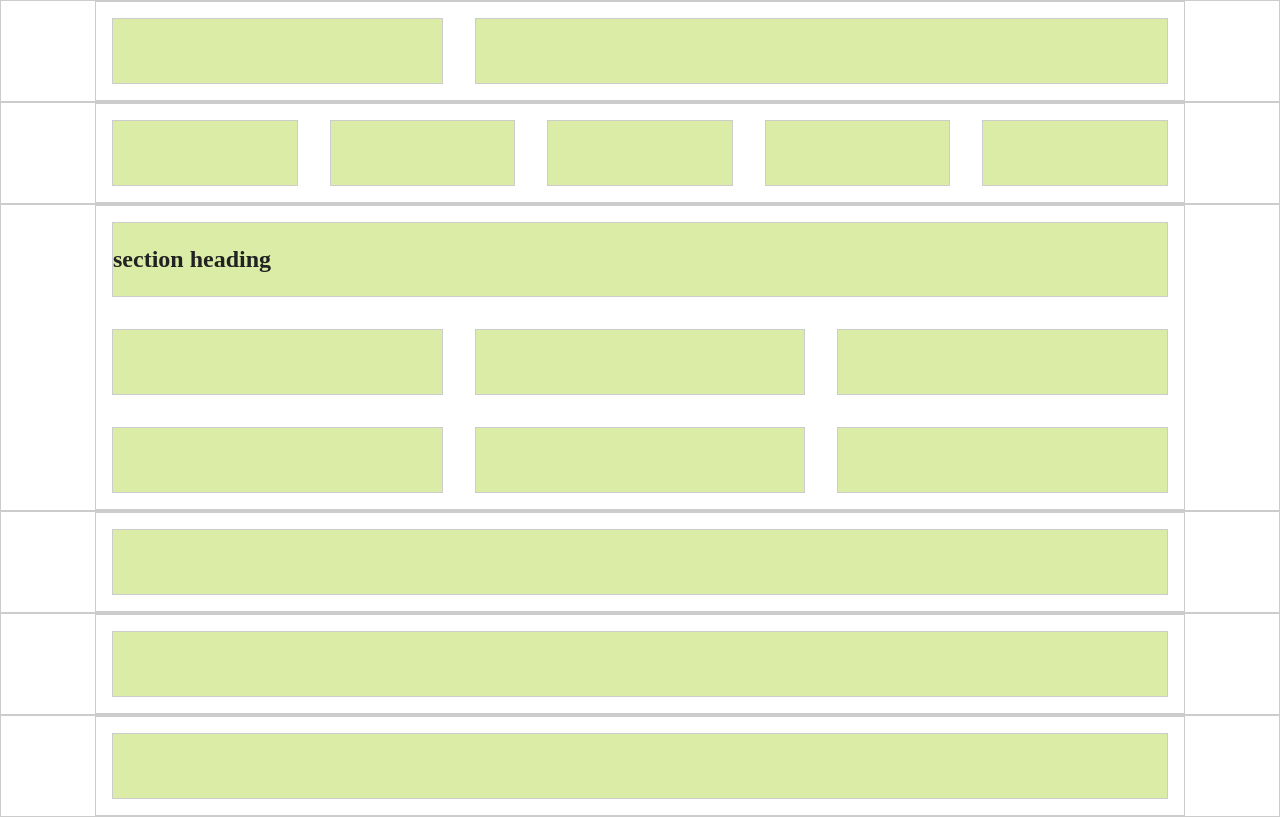
Repository: AlexBCIT/metrolicspractice
Page: index.html
These files come from the project's save history. The page is drawn as it stood at one moment and after the next save; the edit follows.
The browser window is 1280 px wide. The pictures show the whole page.

Above is the page before, as saved 2021-01-29 10:35:02.

After the next save:
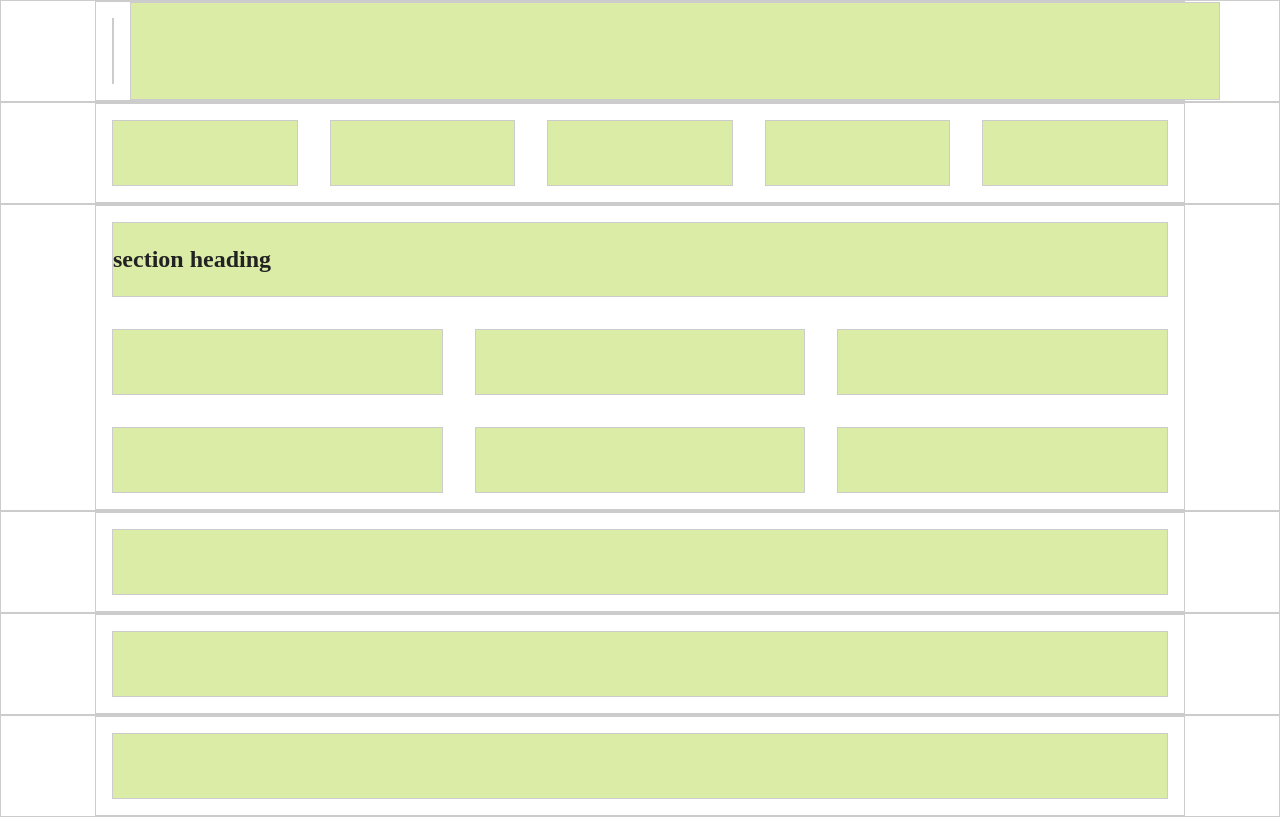
Saved 43 s later.
--- a/index.html
+++ b/index.html
@@ -29,7 +29,7 @@
             <div class="column">
 
             </div>
-            <div class="column">
+            <div class="column row">
 
             </div>
         </div>
